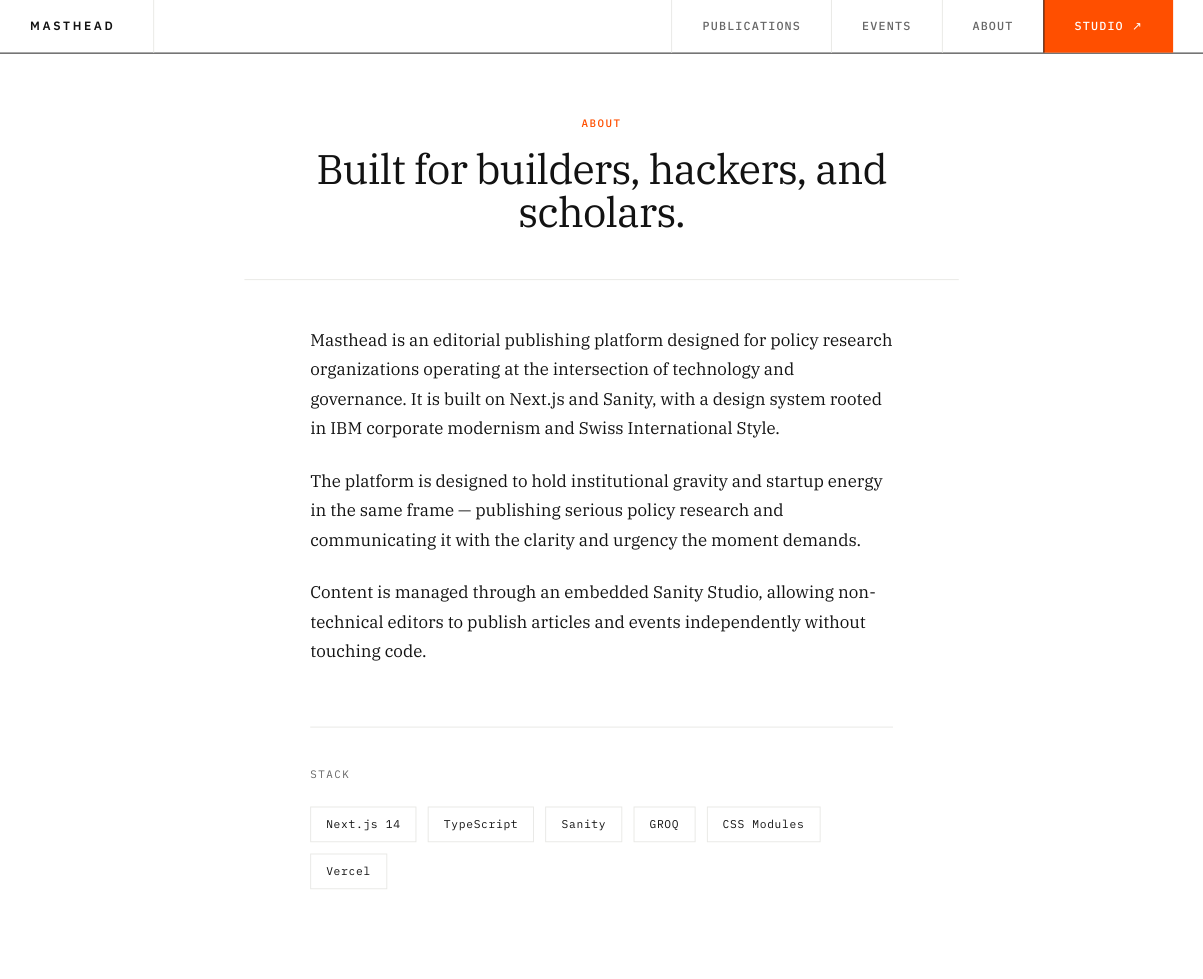
Repository: aricmoore/apogee
Page: /about
An editor plug-in stored every save of this project. The page is shown before and after the next save, followed by the edit.
The browser window is 1280 px wide. The pictures show the whole page, at 94% of full size.
The project was rebuilt for these pictures with package versions that can differ from the ones it lists, and the page was loaded fresh each time. The framework's server and built-in components were replaced by stand-ins that run in the browser. Also part of the build but not shown: next.config.ts.

Above is the page before, as saved 2026-04-12 16:15:34.

### src/app/layout.tsx
import type { Metadata } from "next";
import { Geist, Geist_Mono } from "next/font/google";
import "./globals.css";
import '@/app/globals.css'
import Nav from '@/components/Nav'
import Footer from '@/components/Footer'

const geistSans = Geist({
  variable: "--font-geist-sans",
  subsets: ["latin"],
});

const geistMono = Geist_Mono({
  variable: "--font-geist-mono",
  subsets: ["latin"],
});

export const metadata: Metadata = {
  title: 'Masthead',
  description: 'Editorial publishing platform',
}

export default function RootLayout({ children }: { children: React.ReactNode }) {
  return (
    <html lang="en">
      <body>
        <Nav />
        <main>{children}</main>
      </body>
    </html>
  )
}

### src/app/about/page.tsx
import styles from './page.module.css'

export default function AboutPage() {
  return (
    <div className={styles.page}>
      <div className="container">
        <div className={styles.header}>
          <span className={styles.label}>About</span>
          <h1 className={styles.title}>Built for builders, hackers, and scholars.</h1>
        </div>
        <div className={styles.body}>
          <p>Masthead is an editorial publishing platform designed for policy research organizations operating at the intersection of technology and governance. It is built on Next.js and Sanity, with a design system rooted in IBM corporate modernism and Swiss International Style.</p>
          <p>The platform is designed to hold institutional gravity and startup energy in the same frame — publishing serious policy research and communicating it with the clarity and urgency the moment demands.</p>
          <p>Content is managed through an embedded Sanity Studio, allowing non-technical editors to publish articles and events independently without touching code.</p>
        </div>
        <div className={styles.stack}>
          <span className={styles.stackLabel}>Stack</span>
          <div className={styles.stackGrid}>
            {['Next.js 14', 'TypeScript', 'Sanity', 'GROQ', 'CSS Modules', 'Vercel'].map(item => (
              <div key={item} className={styles.stackItem}>{item}</div>
            ))}
          </div>
        </div>
      </div>
    </div>
  )
}

### src/app/globals.css
@import url('https://fonts.googleapis.com/css2?family=IBM+Plex+Serif:ital,wght@0,400;0,500;1,400&family=IBM+Plex+Mono:wght@400;500&family=IBM+Plex+Sans:wght@300;400;500;600&display=swap');

:root {
  /* FAI exact palette */
  --orange:  #FF4F00;
  --yellow:  #FFA300;
  --blue:    #4997D0;
  --stone:   #D9D9D6;
  --black:   #121212;
  --white:   #FFFFFF;

  /* Semantic */
  --ink:     #121212;
  --muted:   #666666;
  --faint:   #E8E8E5;
  --bg:      #FFFFFF;
  --accent:  #FF4F00;

  /* FAI fonts */
  --font-serif:   'IBM Plex Serif', Georgia, serif;
  --font-mono:    'IBM Plex Mono', 'Courier New', monospace;
  --font-sans:    'IBM Plex Sans', system-ui, sans-serif;

  /* Type scale */
  --text-xs:   0.75rem;    /* 11px */
  --text-sm:   0.875rem;   /* 13px */
  --text-base: 1rem;       /* 16px */
  --text-lg:   1.125rem;   /* 18px */
  --text-xl:   1.25rem;    /* 20px */
  --text-2xl:  1.5rem;     /* 24px */
  --text-3xl:  2rem;       /* 32px */
  --text-4xl:  2.75rem;    /* 44px */
  --text-5xl:  3.5rem;     /* 56px */
  --text-6xl:  5rem;       /* 80px */

  /* Spacing (8pt grid) */
  --space-1:  0.25rem;
  --space-2:  0.5rem;
  --space-3:  0.75rem;
  --space-4:  1rem;
  --space-6:  1.5rem;
  --space-8:  2rem;
  --space-10: 2.5rem;
  --space-12: 3rem;
  --space-16: 4rem;
  --space-20: 5rem;
  --space-24: 6rem;

  /* Layout */
  --max-w:      1280px;
  --leading-tight: 1.05;
  --leading-snug:  1.3;
  --leading-body:  1.7;
  --measure:       66ch;

  /* Motion */
  --ease: cubic-bezier(0.16, 1, 0.3, 1);
}

*, *::before, *::after {
  box-sizing: border-box;
  margin: 0;
  padding: 0;
}

html {
  font-size: 16px;
  -webkit-font-smoothing: antialiased;
  -moz-osx-font-smoothing: grayscale;
}

body {
  background: var(--bg);
  color: var(--ink);
  font-family: var(--font-sans);
  font-size: var(--text-base);
  line-height: var(--leading-body);
  font-weight: 400;
}

a { color: inherit; text-decoration: none; }
img { display: block; max-width: 100%; }
button { cursor: pointer; border: none; background: none; font: inherit; }

/* Layout utilities */
.container {
  width: 100%;
  max-width: var(--max-w);
  margin: 0 auto;
  padding: 0 var(--space-8);
}

/* Label — IBM Mono caps, the FAI signature micro-text style */
.label {
  font-family: var(--font-mono);
  font-size: var(--text-xs);
  font-weight: 500;
  letter-spacing: 0.12em;
  text-transform: uppercase;
  color: var(--muted);
}

.label--orange {
  color: var(--orange);
}

.rule {
  border: none;
  border-top: 1px solid var(--faint);
}

.rule--heavy {
  border-top: 2px solid var(--black);
}

### src/components/Nav.tsx
import Link from 'next/link'
import styles from './Nav.module.css'

export default function Nav() {
  return (
    <header className={styles.header}>
      <div className={styles.inner}>
        <Link href="/" className={styles.wordmark}>Masthead</Link>
        <nav className={styles.links} aria-label="Main navigation">
          <Link href="/" className={styles.link}>Publications</Link>
          <Link href="/events" className={styles.link}>Events</Link>
          <Link href="/about" className={styles.link}>About</Link>
          <Link href="/studio" className={styles.studio}>Studio ↗</Link>
        </nav>
      </div>
    </header>
  )
}

### src/app/about/page.module.css
.page {
  padding: var(--space-16) 0 var(--space-24);
}

.header {
  max-width: 760px;
  margin: 0 auto var(--space-12);
  text-align: center;
  padding-bottom: var(--space-12);
  border-bottom: 1px solid var(--faint);
}

.label {
  font-family: var(--font-mono);
  font-size: 0.72rem;
  font-weight: 500;
  letter-spacing: 0.14em;
  text-transform: uppercase;
  color: var(--orange);
  display: block;
  margin-bottom: var(--space-4);
}

.title {
  font-family: var(--font-serif);
  font-size: var(--text-4xl);
  font-weight: 400;
  line-height: var(--leading-tight);
  letter-spacing: -0.02em;
  color: var(--black);
}

.body {
  max-width: 620px;
  margin: 0 auto var(--space-16);
  font-family: var(--font-serif);
  font-size: var(--text-lg);
  line-height: 1.75;
  color: var(--ink);
}

.body p {
  margin-bottom: var(--space-6);
}

.stack {
  max-width: 620px;
  margin: 0 auto;
  padding-top: var(--space-10);
  border-top: 1px solid var(--faint);
}

.stackLabel {
  font-family: var(--font-mono);
  font-size: 0.72rem;
  letter-spacing: 0.14em;
  text-transform: uppercase;
  color: var(--muted);
  display: block;
  margin-bottom: var(--space-6);
}

.stackGrid {
  display: flex;
  flex-wrap: wrap;
  gap: var(--space-3);
}

.stackItem {
  font-family: var(--font-mono);
  font-size: 0.75rem;
  letter-spacing: 0.06em;
  color: var(--ink);
  border: 1px solid var(--faint);
  padding: var(--space-2) var(--space-4);
  transition: border-color 0.15s, color 0.15s;
}

.stackItem:hover {
  border-color: var(--orange);
  color: var(--orange);
}

### src/components/Nav.module.css
.header {
  position: sticky;
  top: 0;
  z-index: 100;
  background: var(--white);
  border-bottom: 1px solid var(--black);
}

.inner {
  display: flex;
  align-items: stretch;
  justify-content: space-between;
  min-height: 56px;
  max-width: var(--max-w);
  margin: 0 auto;
  padding: 0 var(--space-8);
}

.wordmark {
  display: flex;
  align-items: center;
  font-family: var(--font-sans);
  font-size: 0.8rem;
  font-weight: 600;
  letter-spacing: 0.22em;
  text-transform: uppercase;
  color: var(--black);
  padding-right: var(--space-10);
  border-right: 1px solid var(--faint);
  transition: color 0.15s;
}

.wordmark:hover { color: var(--orange); }

.links {
  display: flex;
  align-items: stretch;
  gap: 0;
}

.link {
  display: flex;
  align-items: center;
  font-family: var(--font-mono);
  font-size: 0.78rem;
  font-weight: 500;
  letter-spacing: 0.1em;
  text-transform: uppercase;
  color: var(--muted);
  padding: 0 var(--space-8);
  border-left: 1px solid var(--faint);
  transition: color 0.15s;
  white-space: nowrap;
}

.link:hover { color: var(--orange); }

.studio {
  display: flex;
  align-items: center;
  font-family: var(--font-mono);
  font-size: 0.78rem;
  font-weight: 500;
  letter-spacing: 0.1em;
  text-transform: uppercase;
  color: var(--white);
  background: var(--orange);
  padding: 0 var(--space-8);
  border-left: 1px solid var(--black);
  transition: background 0.15s;
  white-space: nowrap;
}

.studio:hover { background: var(--black); }

After the next save:
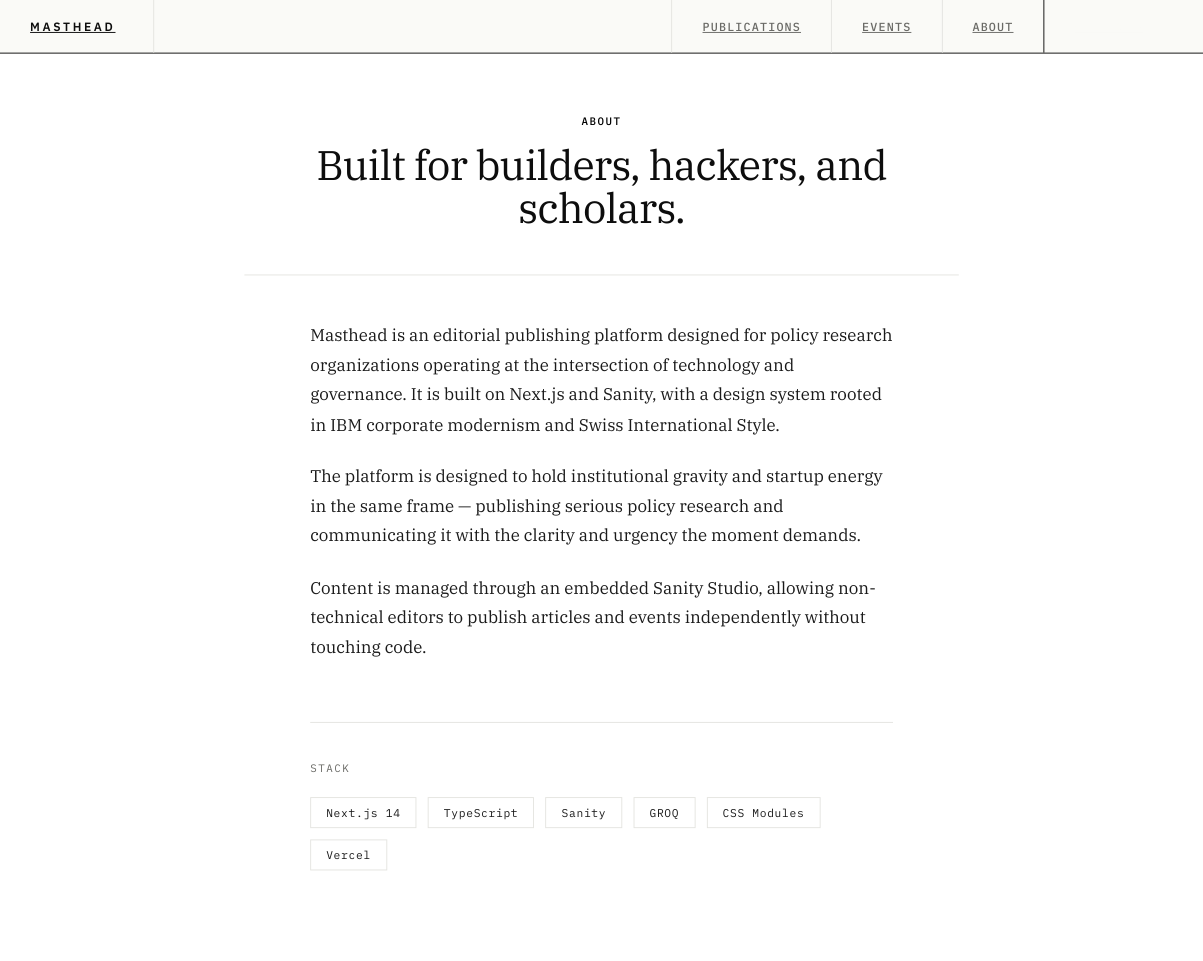
Saved 3 h 1 min later.
--- a/src/app/globals.css
+++ b/src/app/globals.css
@@ -1,43 +1,38 @@
 @import url('https://fonts.googleapis.com/css2?family=IBM+Plex+Serif:ital,wght@0,400;0,500;1,400&family=IBM+Plex+Mono:wght@400;500&family=IBM+Plex+Sans:wght@300;400;500;600&display=swap');
 
 :root {
-  /* FAI exact palette */
-  --orange:  #FF4F00;
-  --yellow:  #FFA300;
-  --blue:    #4997D0;
-  --stone:   #D9D9D6;
-  --black:   #121212;
-  --white:   #FFFFFF;
+  /* Apogee palette */
+  --amber:   #D4820A;
+  --amber-light: #F0A830;
+  --black:   #0D0D0D;
+  --white:   #FAFAF7;
+  --stone:   #C8C8C4;
+  --ink:     #1A1A1A;
+  --muted:   #6A6A66;
+  --faint:   #E4E4E0;
+  --bg:      #FAFAF7;
+  --accent:  #D4820A;
 
-  /* Semantic */
-  --ink:     #121212;
-  --muted:   #666666;
-  --faint:   #E8E8E5;
-  --bg:      #FFFFFF;
-  --accent:  #FF4F00;
-
-  /* FAI fonts */
   --font-serif:   'IBM Plex Serif', Georgia, serif;
   --font-mono:    'IBM Plex Mono', 'Courier New', monospace;
   --font-sans:    'IBM Plex Sans', system-ui, sans-serif;
 
-  /* Type scale */
-  --text-xs:   0.75rem;    /* 11px */
-  --text-sm:   0.875rem;   /* 13px */
-  --text-base: 1rem;       /* 16px */
-  --text-lg:   1.125rem;   /* 18px */
-  --text-xl:   1.25rem;    /* 20px */
-  --text-2xl:  1.5rem;     /* 24px */
-  --text-3xl:  2rem;       /* 32px */
-  --text-4xl:  2.75rem;    /* 44px */
-  --text-5xl:  3.5rem;     /* 56px */
-  --text-6xl:  5rem;       /* 80px */
+  --text-xs:   0.75rem;
+  --text-sm:   0.875rem;
+  --text-base: 1rem;
+  --text-lg:   1.125rem;
+  --text-xl:   1.25rem;
+  --text-2xl:  1.5rem;
+  --text-3xl:  2rem;
+  --text-4xl:  2.75rem;
+  --text-5xl:  3.5rem;
+  --text-6xl:  5rem;
 
-  /* Spacing (8pt grid) */
   --space-1:  0.25rem;
   --space-2:  0.5rem;
   --space-3:  0.75rem;
   --space-4:  1rem;
+  --space-5:  1.25rem;
   --space-6:  1.5rem;
   --space-8:  2rem;
   --space-10: 2.5rem;
@@ -46,69 +41,12 @@
   --space-20: 5rem;
   --space-24: 6rem;
 
-  /* Layout */
-  --max-w:      1280px;
+  --max-w:         1280px;
   --leading-tight: 1.05;
   --leading-snug:  1.3;
   --leading-body:  1.7;
   --measure:       66ch;
-
-  /* Motion */
-  --ease: cubic-bezier(0.16, 1, 0.3, 1);
+  --ease:          cubic-bezier(0.16, 1, 0.3, 1);
 }
 
-*, *::before, *::after {
-  box-sizing: border-box;
-  margin: 0;
-  padding: 0;
-}
-
-html {
-  font-size: 16px;
-  -webkit-font-smoothing: antialiased;
-  -moz-osx-font-smoothing: grayscale;
-}
-
-body {
-  background: var(--bg);
-  color: var(--ink);
-  font-family: var(--font-sans);
-  font-size: var(--text-base);
-  line-height: var(--leading-body);
-  font-weight: 400;
-}
-
-a { color: inherit; text-decoration: none; }
-img { display: block; max-width: 100%; }
-button { cursor: pointer; border: none; background: none; font: inherit; }
-
-/* Layout utilities */
-.container {
-  width: 100%;
-  max-width: var(--max-w);
-  margin: 0 auto;
-  padding: 0 var(--space-8);
-}
-
-/* Label — IBM Mono caps, the FAI signature micro-text style */
-.label {
-  font-family: var(--font-mono);
-  font-size: var(--text-xs);
-  font-weight: 500;
-  letter-spacing: 0.12em;
-  text-transform: uppercase;
-  color: var(--muted);
-}
-
-.label--orange {
-  color: var(--orange);
-}
-
-.rule {
-  border: none;
-  border-top: 1px solid var(--faint);
-}
-
-.rule--heavy {
-  border-top: 2px solid var(--black);
-}
+*, *::before, *::after { box-sizing: border-box; margin: 0; padding: 0; }
